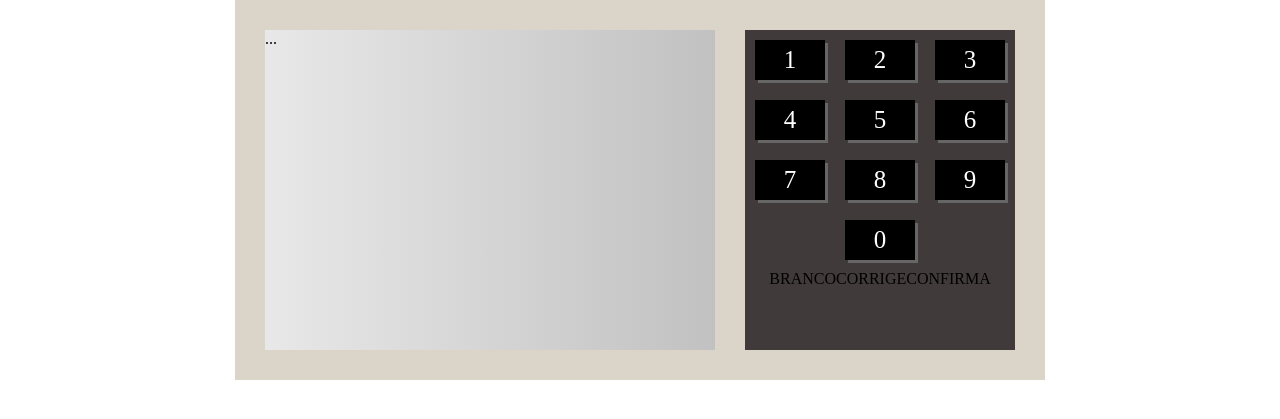
Repository: ThiagoIturra/urnaJs
Page: index.html
The author's editor kept a copy of each file at every save. The page is drawn from the files as they stood at one save, then again after the next save.
The browser window is 1280 px wide. The pictures show the whole page.

Above is the page before, as saved 2022-01-05 16:05:11.

### index.html
<!DOCTYPE html>
<html lang="pt-BR">
<header>
    <meta charset="UTF-8" />
    <meta name="viewport" content="width=device-width, initial-scale=1.0">
    <link rel="stylesheet" href="style.css">
    <title>Urna Eletrônica</title>
</header>
<body>
    <div class="urna">
        <div class="screen">
...
        </div>
        <div class="keyboard">
            <div class="keyboard--line">
                <div class="keyboard--button">1</div>
                <div class="keyboard--button">2</div>
                <div class="keyboard--button">3</div>
            </div>
            <div class="keyboard--line">
                <div class="keyboard--button">4</div>
                <div class="keyboard--button">5</div>
                <div class="keyboard--button">6</div>
            </div>
            <div class="keyboard--line">
                <div class="keyboard--button">7</div>
                <div class="keyboard--button">8</div>
                <div class="keyboard--button">9</div>
            </div>
            <div class="keyboard--line">
                <div class="keyboard--button">0</div>
            </div>
            <div class="keyboard--line">
                <div class="keyboard--button--branco">BRANCO</div>
                <div class="keyboard--button--corrige">CORRIGE</div>
                <div class="keyboard--button--confirma">CONFIRMA</div>
            </div>
        </div>
    </div>
</body>
</html>

### style.css
body {
    margin: 0;
    display: flex;
    justify-content: center;
    align-items: center;
}

.urna {
    background-color: #dbd5c9;
    padding: 30px;
    display: flex;
}

.screen {
    width: 450px;
    height: 320px;
    background: linear-gradient(to right, #e8e8e8, #c1c1c1);
}

.keyboard {
    background-color: #403A3A;
    margin-left: 30px;
}

.keyboard--line {
    display: flex;
    justify-content: center;
}

.keyboard--button {
    width: 70px;
    height: 40px;
    background-color: #000;
    color: #fff;
    font-size: 25px;
    display: flex;
    justify-content: center;
    align-items: center;
    margin: 10px;
    cursor: pointer;
    box-shadow: 3px 3px 0px #666;
}

After the next save:
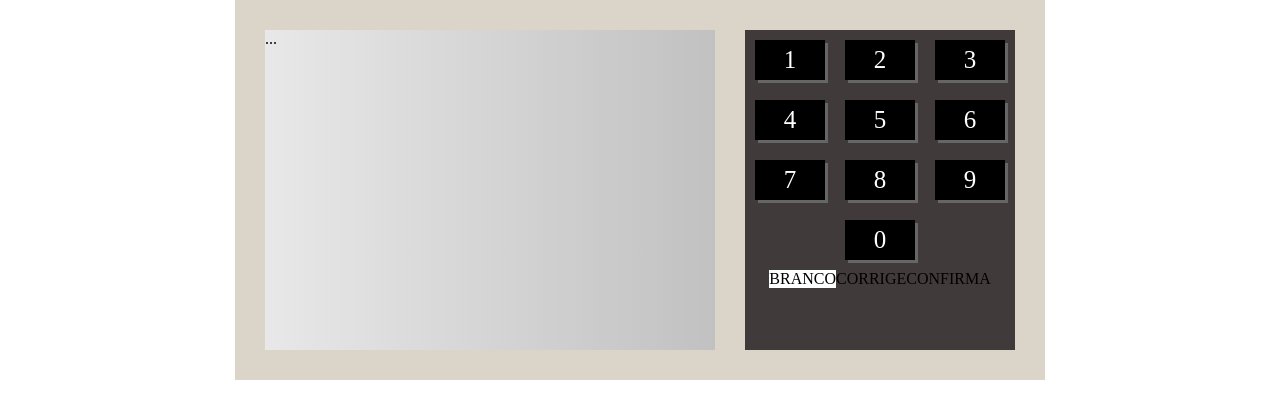
Saved 41 s later.
--- a/style.css
+++ b/style.css
@@ -40,3 +40,7 @@ body {
     cursor: pointer;
     box-shadow: 3px 3px 0px #666;
 }
+
+.keyboard--button--branco {
+    background-color: #fff;
+}
